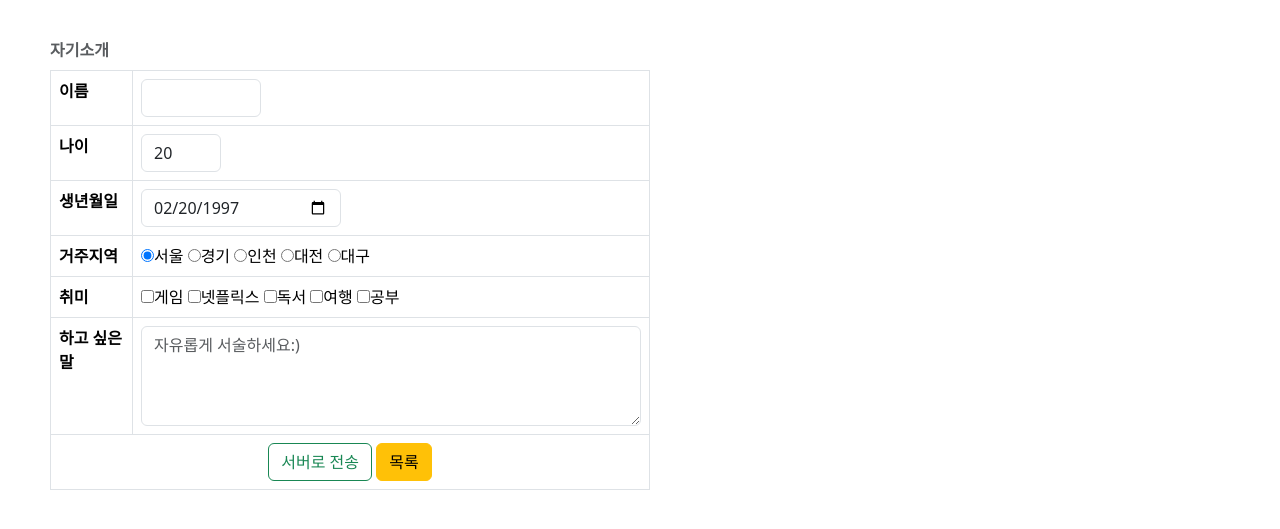
Repository: JunbroGit/SistProject
Page: http://localhost/jspProject/intro/updateForm.jsp
The author's editor kept a copy of each file at every save. The page is drawn from the files as they stood at one save, then again after the next save.
The browser window is 1280 px wide. The pictures show the whole page.
Some web fonts or font styles are not loaded; a fallback is used. The page is served by Tomcat 9.

Above is the page before, as saved 2024-03-07 11:35:54.

After the next save:
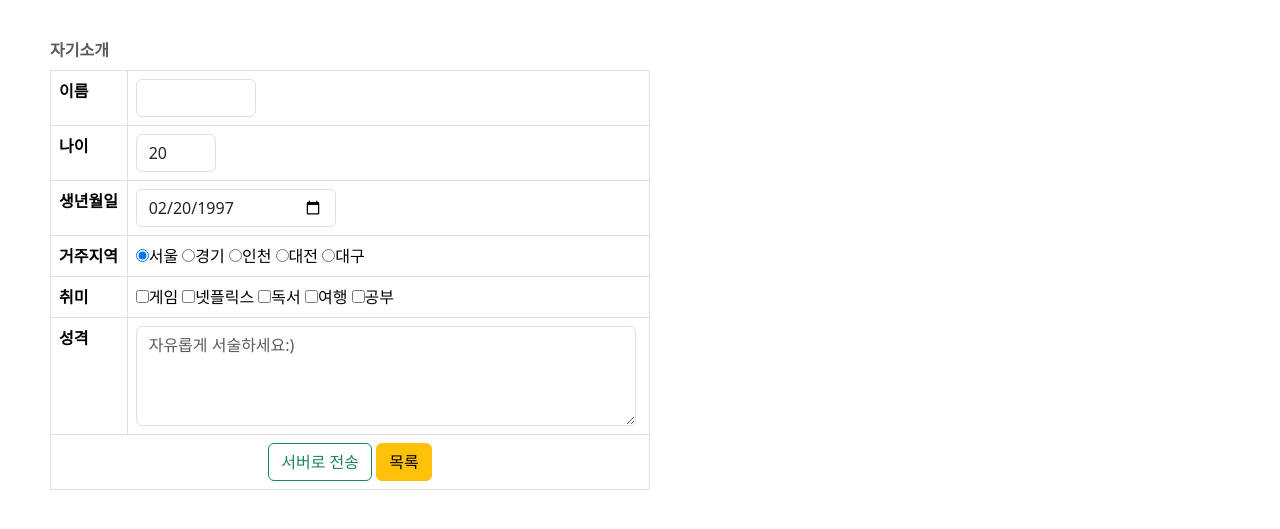
Saved 43 s later.
--- a/jspwork/jspProject/src/main/webapp/intro/updateForm.jsp
+++ b/jspwork/jspProject/src/main/webapp/intro/updateForm.jsp
@@ -58,7 +58,7 @@
 			</tr>
 
 			<tr>
-				<th>하고 싶은 말</th>
+				<th>성격</th>
 				<td>
 					<textarea name="memo" style="width: 500px; height: 100px;" placeholder="자유롭게 서술하세요:)" class="form-control"></textarea>
 				</td>
